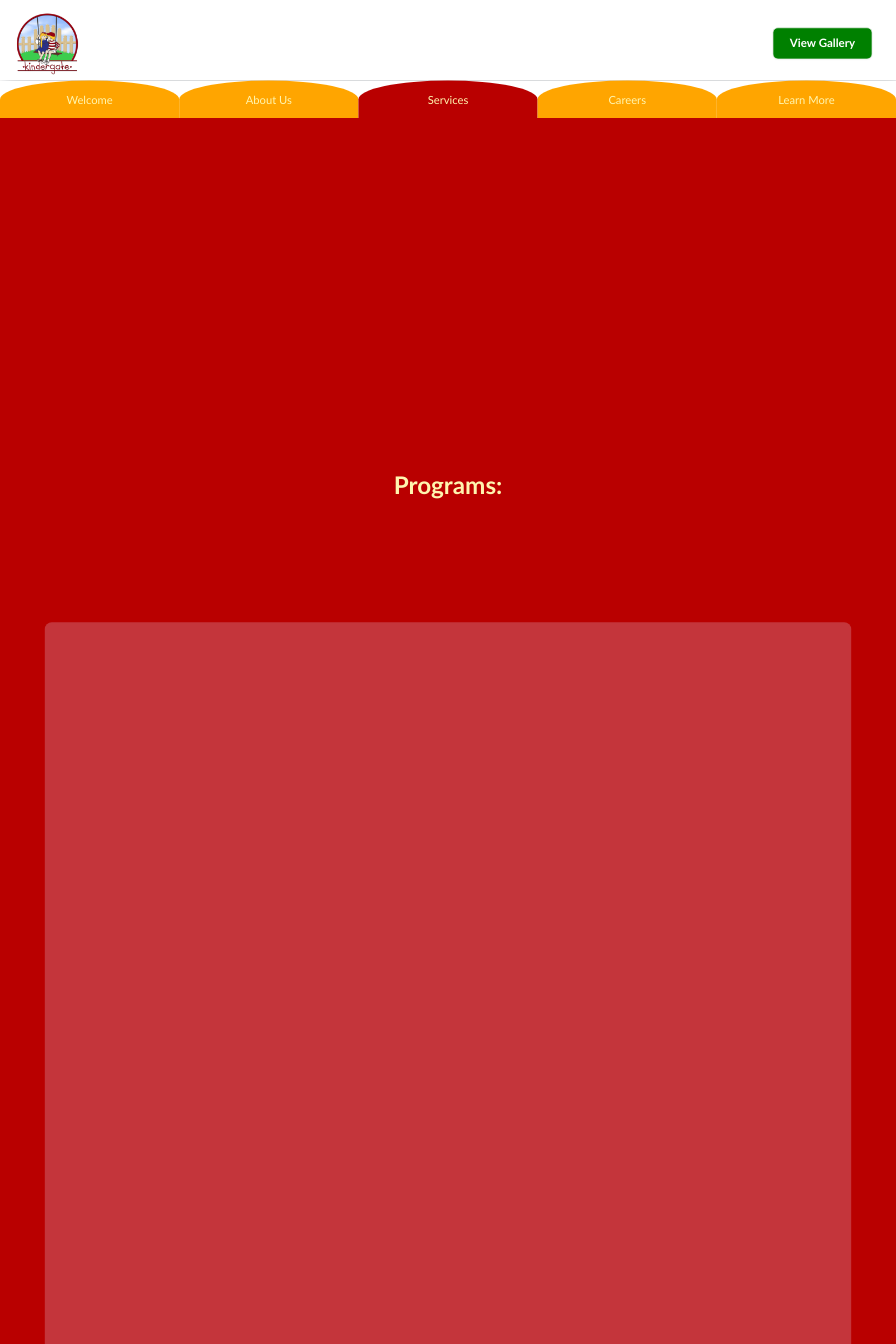
Repository: Parkerboling1/Kindergate-Final-Copy-copy
Page: services.html
The author's editor kept a copy of each file at every save. The page is drawn from the files as they stood at one save, then again after the next save.
The browser window is 1280 px wide. The pictures show the part of the page from y = 0 to 1920 px (the page is 9944 px tall), at 70% of full size.
Some web libraries are served in a nearby version.

Above is the page before, as saved 2024-06-04 13:54:52.

After the next save:
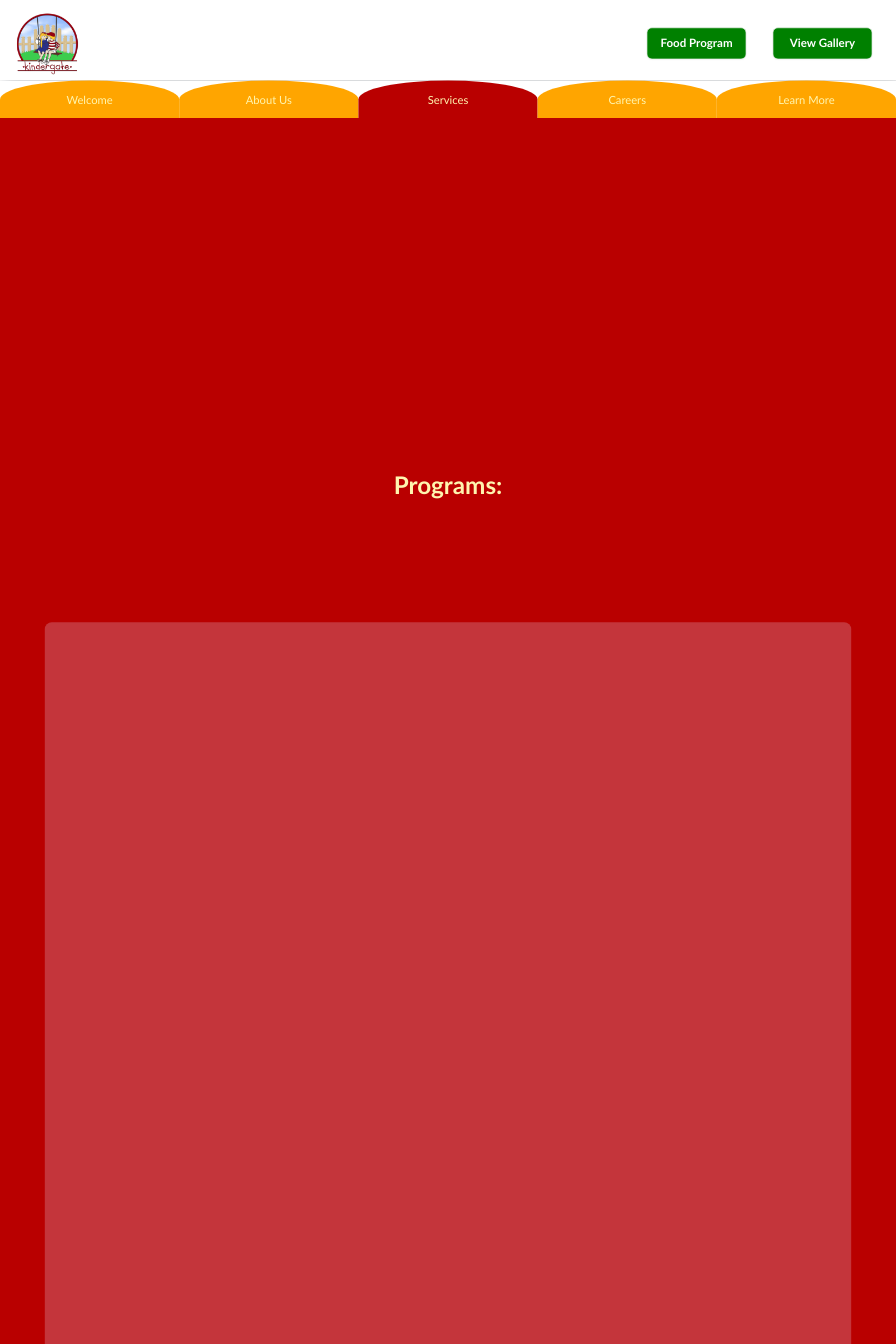
Saved 84 s later.
--- a/services.html
+++ b/services.html
@@ -43,6 +43,9 @@
 
       <a href="/Gallery.html" class="headerviewlink hide-for-mobile ">
         <button class="viewgallery btn">View Gallery</button>
+      </a>
+      <a href="/#foodprogram" class="headerviewlink hide-for-mobile ">
+        <button class="viewgallery btn">Food Program</button>
       </a>
       <div class="menutoggle hide-for-desktop">
         <!-- Use any element to open/show the overlay navigation menu -->
